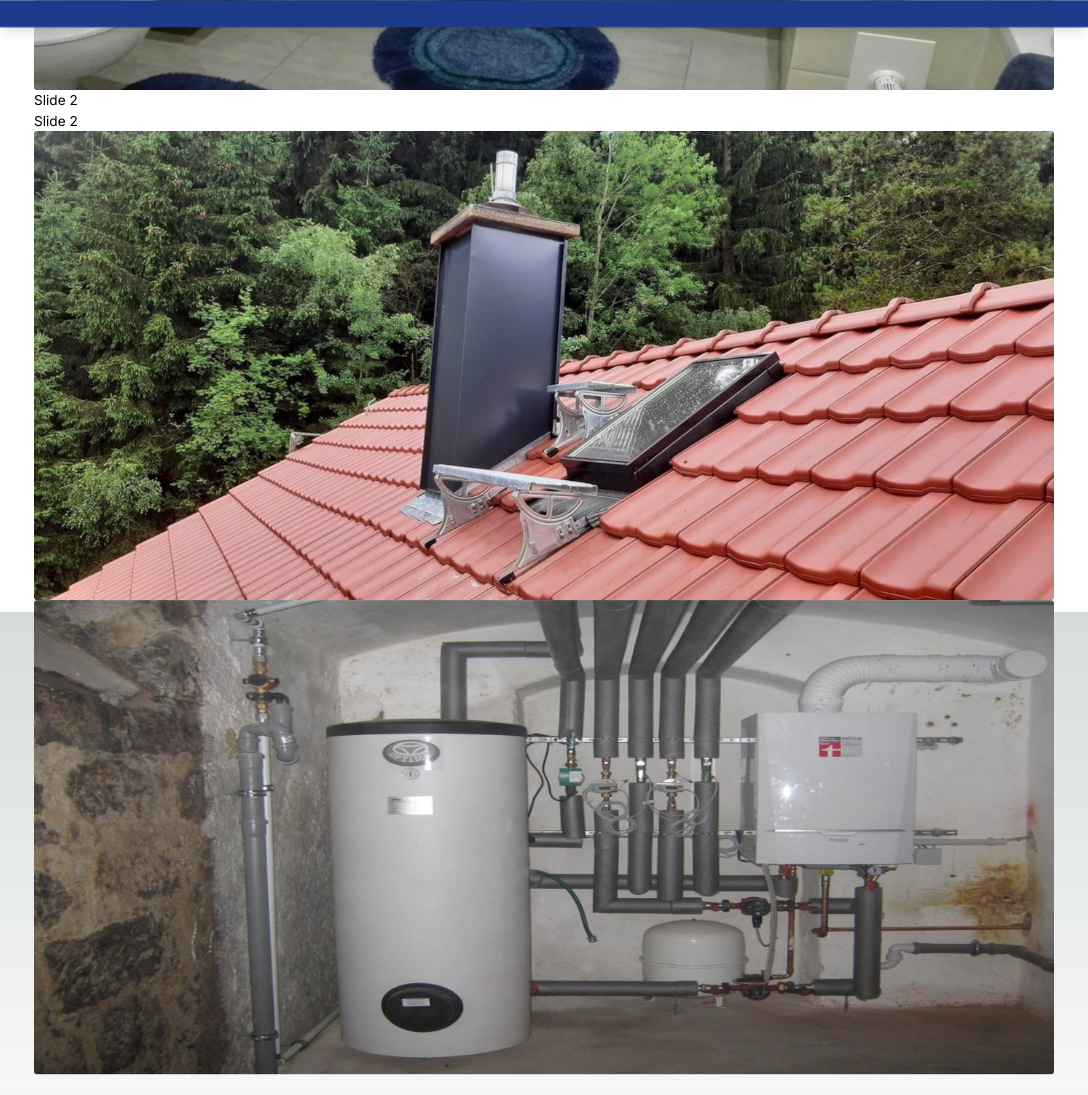
Repository: LorenMucha/firma-andreas-mucha
Page: /
An editor plug-in stored every save of this project. The page is shown before and after a run of saves, followed by the edit.
The browser window is 1280 px wide. The pictures show the whole page, at 85% of full size.
The project was rebuilt for these pictures with package versions that can differ from the ones it lists, and the page was loaded fresh each time. The framework's server and built-in components were replaced by stand-ins that run in the browser. Also part of the build but not shown: next.config.mjs.

Above is the page before, as saved 2024-04-15 16:49:49.

After the next 3 saves:
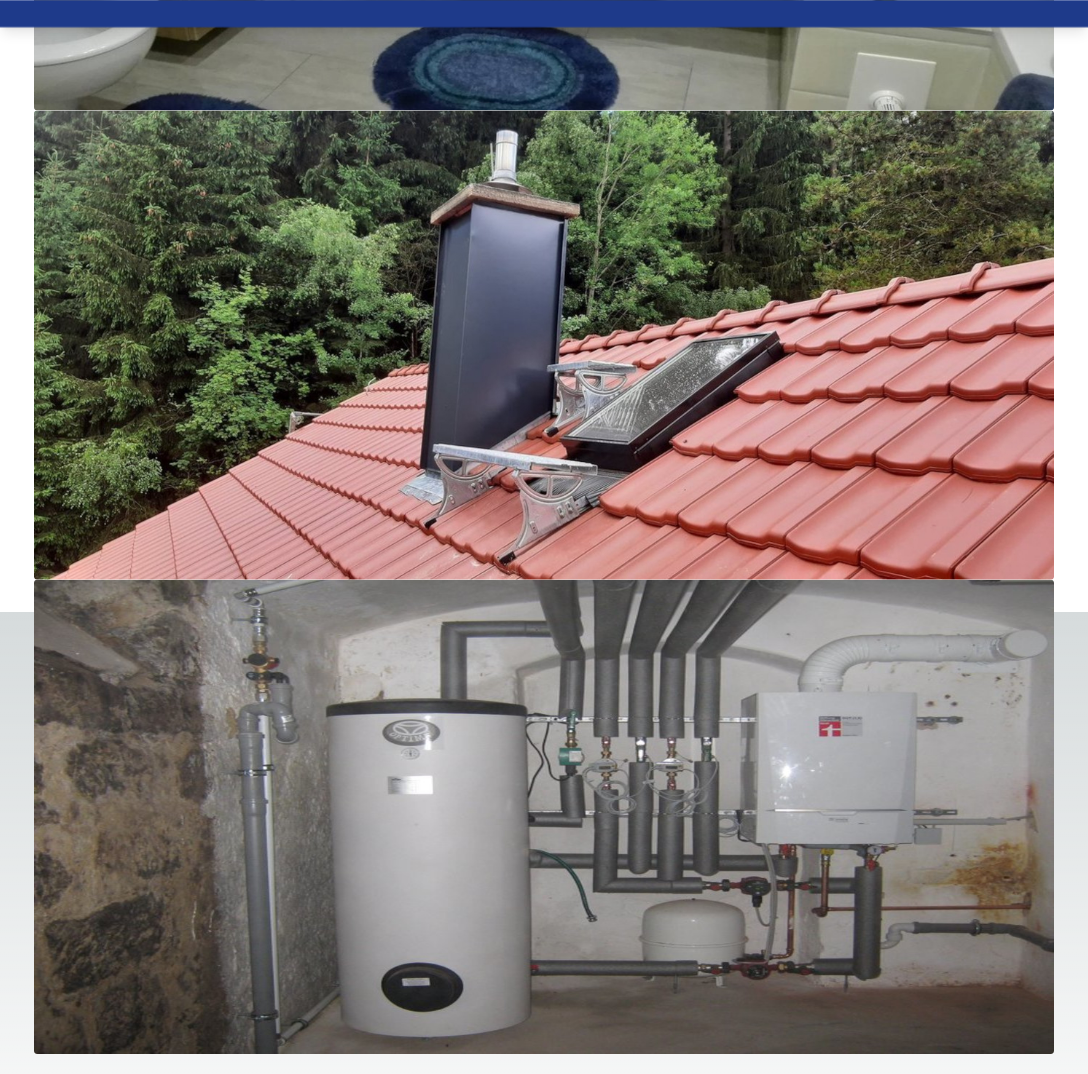
The 3 saves are shown as one change because they came seconds apart.
The last was saved 33 s later.
--- a/src/app/components/Intro.tsx
+++ b/src/app/components/Intro.tsx
@@ -6,14 +6,13 @@ const Intro = (): React.JSX.Element =>
         <div className="mt-5 w-100">
             <CCarousel controls indicators>
                 <CCarouselItem>
-                        <CImage align="center" className="object-cover" fluid rounded src="/images/bad.jpg" alt="slide 1" />
-                        <CCarouselCaption><h3>Slide 2</h3><p>Slide 2</p></CCarouselCaption>
+                    <CImage align="center" className="object-cover" fluid rounded src="/images/bad.jpg" alt="slide 1" />
                 </CCarouselItem>
                 <CCarouselItem>
-                    <CImage className="object-cover" fluid rounded src="/images/dach.jpg" alt="slide 2" />
+                    <CImage align="center" className="object-cover" fluid rounded src="/images/dach.jpg" alt="slide 2" />
                 </CCarouselItem>
                 <CCarouselItem>
-                    <CImage className="object-cover" fluid rounded src="/images/heizung.JPG" alt="slide 3" />
+                    <CImage align="center" className="object-cover" fluid rounded src="/images/heizung.JPG" alt="slide 3" />
                 </CCarouselItem>
             </CCarousel>
         </div>
